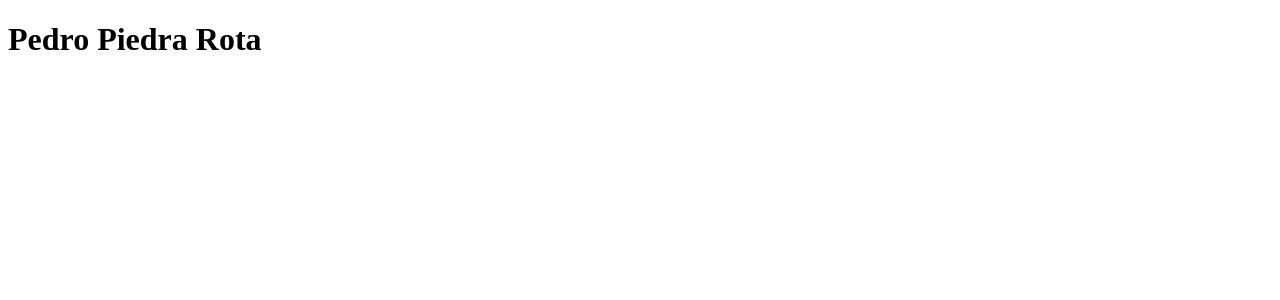
Repository: araque1990/PedroPiedraRota
Page: index.html
An editor plug-in stored every save of this project. The page is shown before and after the next save, followed by the edit.
The browser window is 1280 px wide. The pictures show the whole page.
The style sheet was rebuilt from its Sass, Less or Tailwind sources for each picture, by a compiler version that may differ from the author's.

Above is the page before, as saved 2023-03-13 16:24:11.

After the next save:
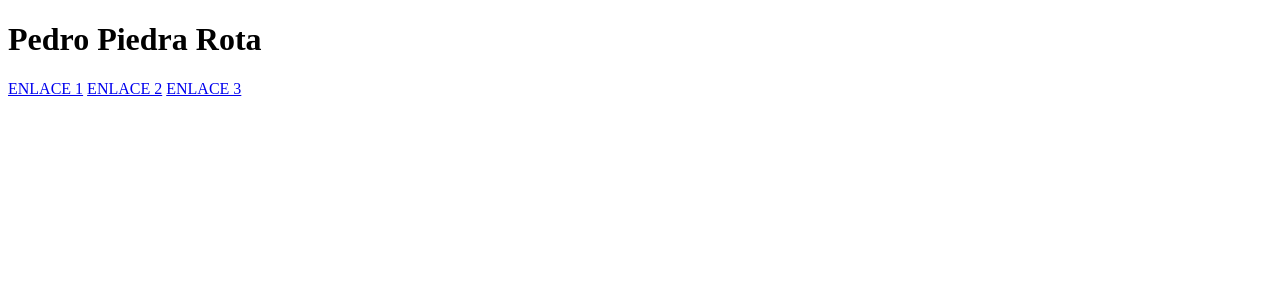
Saved 47 s later.
--- a/index.html
+++ b/index.html
@@ -21,9 +21,9 @@
     <div class="contendor contenido-header">
         <h1>Pedro Piedra Rota</h1>
         <nav class="navegacion-principal"></nav>
-        <a href="#"></a>
-        <a href="#"></a>
-        <a href="#"></a>
+        <a href="#">ENLACE 1</a>
+        <a href="#">ENLACE 2</a>
+        <a href="#">ENLACE 3</a>
     </div>
 </body>
 
